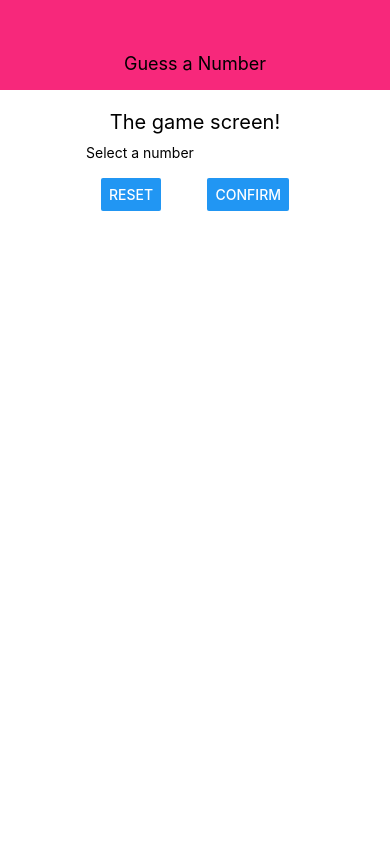
Repository: jes-wd/rn-num-guess
Screen: /
An editor plug-in stored every save of this project. The screen is shown before and after the next save, followed by the edit.
The app was drawn by React Native's web renderer in a window 390 px wide. The project was rebuilt for these pictures with package versions that can differ from the ones it lists, and the page was loaded fresh each time.

Above is the screen before, as saved 2020-03-21 20:46:34.

### App.js
import React from 'react';
import { StyleSheet, View } from 'react-native';

import Header from './components/Header';
import StartGameScreen from './screens/StartGameScreen';

export default function App() {
  return (
    <View style={styles.screen}>
      <Header title="Guess a Number"/>
      <StartGameScreen />
    </View>
  );
}

const styles = StyleSheet.create({
  screen: {
    flex: 1,
  },
});

### components/Header.js
import React from 'react';
import { View, Text, StyleSheet } from 'react-native';

const Header = props => {
  return(
    <View style={styles.header}>
      <Text style={styles.headerTitle}>{props.title}</Text>
    </View>
  );
};

const styles = StyleSheet.create({
  header: {
    width: '100%',
    height: 90,
    paddingTop: 36,
    backgroundColor: '#f7287b',
    alignItems: 'center',
    justifyContent: 'center'
  },
  headerTitle: {
    color: 'black',
    fontSize: 18
  }
});

export default Header;

### screens/StartGameScreen.js
import React from 'react';
import { StyleSheet, View, Text, TextInput, Button } from 'react-native';

const StartGameScreen = props => {
  return (
    <View style={styles.screen} >
      <Text style={styles.title}>The game screen!</Text>
      <View style={styles.inputContainer}>
        <Text>Select a number</Text>
        <TextInput />
        <View style={styles.buttonContainer}>
          <Button title="Reset" onPress={() => {}} />
          <Button title="Confirm" onPress={() => {}} />
        </View>
      </View>
    </View>
  );
};

const styles = StyleSheet.create({
  screen: {
    flex: 1,
    padding: 10,
    alignItems: 'center'
  },
  title: {
    fontSize: 20,
    marginVertical: 10
  },
  inputContainer: {

  },
  buttonContainer: {
    flexDirection: 'row',
    width: '100%',
    justifyContent: 'space-between',
    paddingHorizontal: 15
  }
});

export default StartGameScreen;

After the next save:
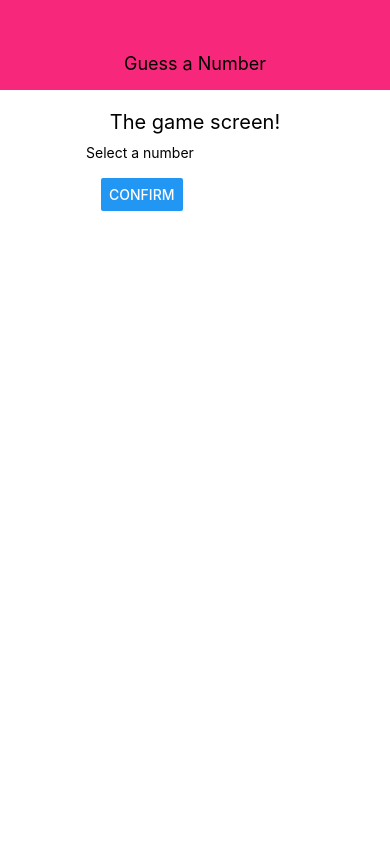
Saved 4 min 8 s later.
--- a/screens/StartGameScreen.js
+++ b/screens/StartGameScreen.js
@@ -9,7 +9,6 @@
         <Text>Select a number</Text>
         <TextInput />
         <View style={styles.buttonContainer}>
-          <Button title="Reset" onPress={() => {}} />
           <Button title="Confirm" onPress={() => {}} />
         </View>
       </View>

After the save that followed:
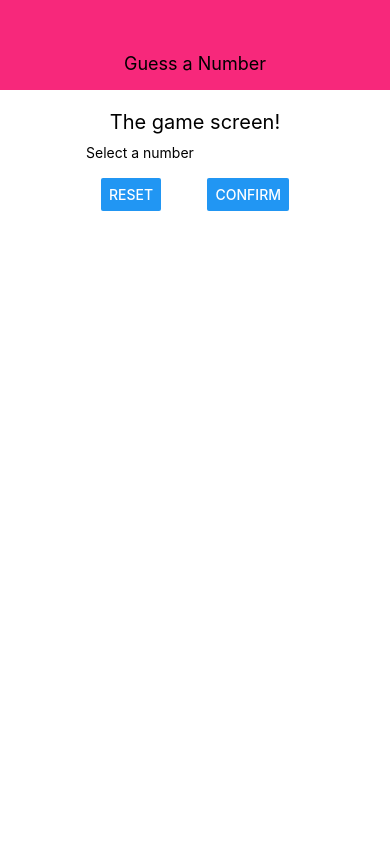
Saved 5 s later.
--- a/screens/StartGameScreen.js
+++ b/screens/StartGameScreen.js
@@ -9,6 +9,7 @@
         <Text>Select a number</Text>
         <TextInput />
         <View style={styles.buttonContainer}>
+          <Button title="Reset" onPress={() => {}} />
           <Button title="Confirm" onPress={() => {}} />
         </View>
       </View>
